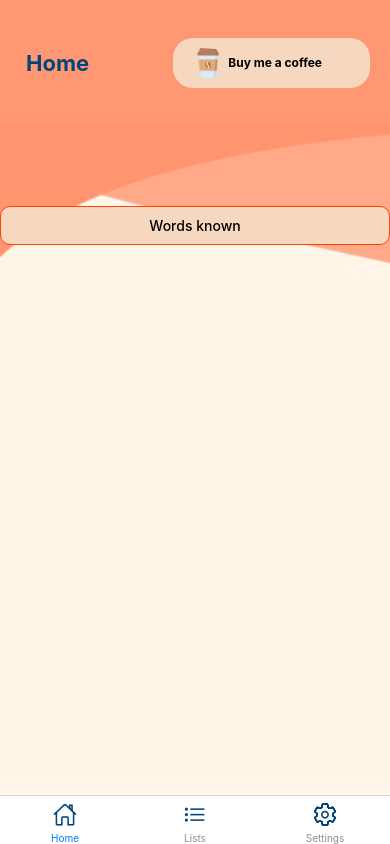
Repository: David-Waite/SpellingApp
Screen: /
These files come from the project's save history. The screen is drawn as it stood at one moment and after a run of saves; the edit follows.
The app was drawn by React Native's web renderer in a window 390 px wide. The project was rebuilt for these pictures with package versions that can differ from the ones it lists, and the page was loaded fresh each time. Also part of the build but not shown: screens/Settings.js, screens/SpellWord.js, screens/WordsLearnt.js, screens/WordListOverview.js, screens/WordLists.js, screens/Donate.js.

Above is the screen before, as saved 2023-06-22 21:54:41.

After the next 2 saves:
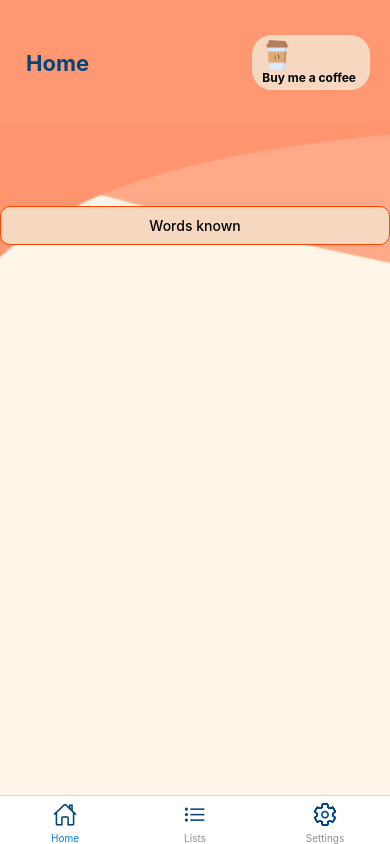
The 2 saves are shown as one change because they came seconds apart.
The last was saved 11 s later.
--- a/components/ui/CoffeeBtn.js
+++ b/components/ui/CoffeeBtn.js
@@ -10,7 +10,7 @@
       onPress={onPress}
       style={({ pressed }) => [styles.conatiner, pressed && styles.pressed]}
     >
-      <View style={styles.conatiner}>
+      <View>
         <Image
           style={styles.coffee}
           source={require("../../images/coffee-cup.png")}

After the save that followed:
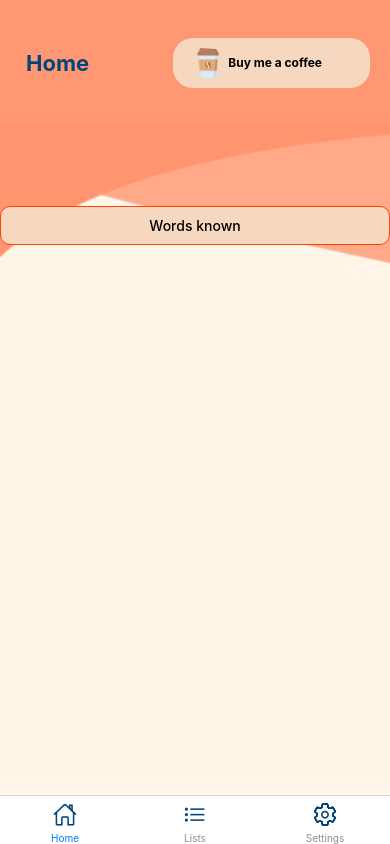
Saved 6 s later.
--- a/components/ui/CoffeeBtn.js
+++ b/components/ui/CoffeeBtn.js
@@ -10,7 +10,7 @@
       onPress={onPress}
       style={({ pressed }) => [styles.conatiner, pressed && styles.pressed]}
     >
-      <View>
+      <View style={styles.conatiner}>
         <Image
           style={styles.coffee}
           source={require("../../images/coffee-cup.png")}
